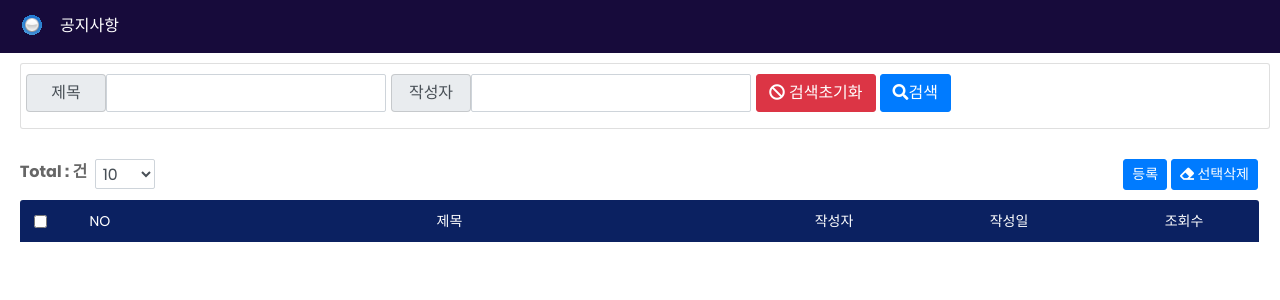
Repository: kimnamgu/GangNamGu
Page: http://localhost/manpower/WEB-INF/jsp/daejang/noticeMng.jsp
The author's editor kept a copy of each file at every save. The page is drawn from the files as they stood at one save, then again after the next save.
The browser window is 1280 px wide. The pictures show the whole page.
The page is served by Tomcat 9. Nobody is signed in. The template is opened directly, without the code that normally fills it, so the values that code supplies are empty.

Above is the page before, as saved 2020-11-04 01:06:47.
Console error: TypeError: Cannot read properties of undefined (reading 'replace')

After the next save:
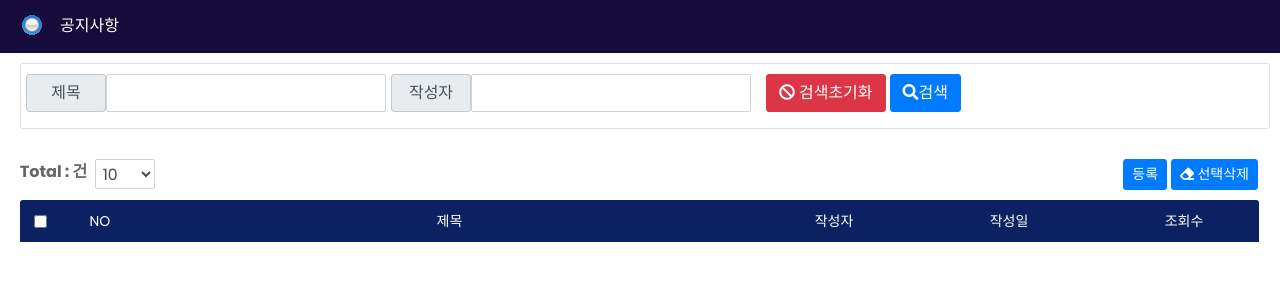
Saved 13 s later.
--- a/manpower/src/main/webapp/WEB-INF/jsp/daejang/noticeMng.jsp
+++ b/manpower/src/main/webapp/WEB-INF/jsp/daejang/noticeMng.jsp
@@ -348,7 +348,7 @@
 				</div>
 			</div>
 			<div class="form-actions form-group">
-				<div style="float: left;margin-left:5px;">
+				<div style="float: left;margin-left:15px;">
 					<a href="#this" class="btn btn-danger" id="initial"><i class="fa fa-ban"></i> 검색초기화</a>
 					<a href="#this" class="btn btn-primary" id="search"><i class="fa fa-search"></i>검색</a>
 				</div>
